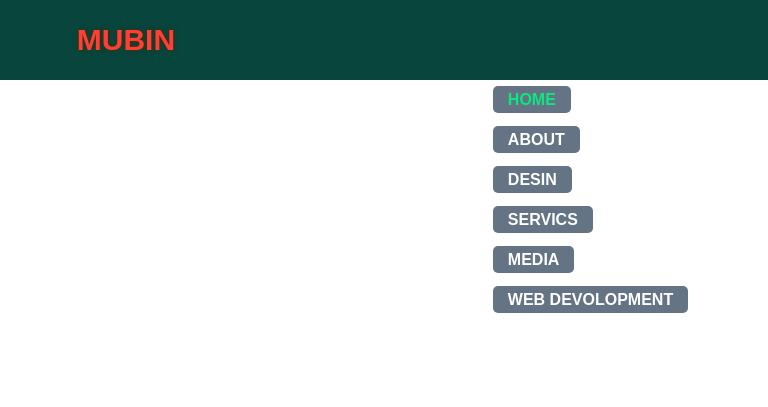
Repository: mdaj6804gmail/1-page-web-theme
Page: index.html
An editor plug-in stored every save of this project. The page is shown before and after the next save, followed by the edit.
The browser window is 768 px wide. The pictures show the whole page.

Above is the page before, as saved 2022-12-18 12:56:52.

After the next save:
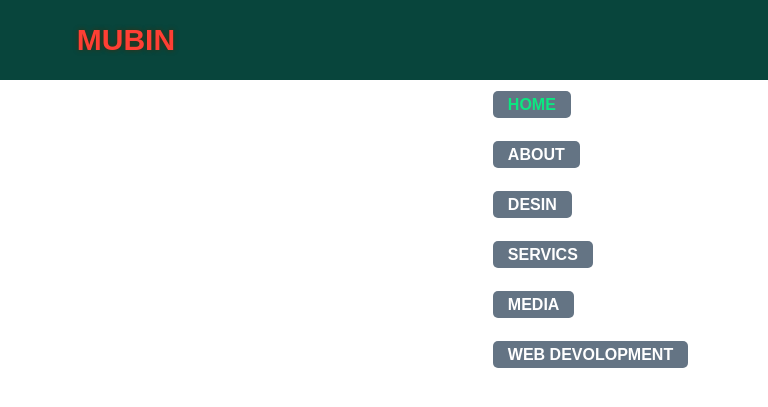
Saved 7 s later.
--- a/style.css
+++ b/style.css
@@ -56,7 +56,7 @@
 
   nav ul li{
     display: block;
-    line-height: 40px;
+    line-height: 50px;
   }
   nav ul{
     margin-top: 80px;
